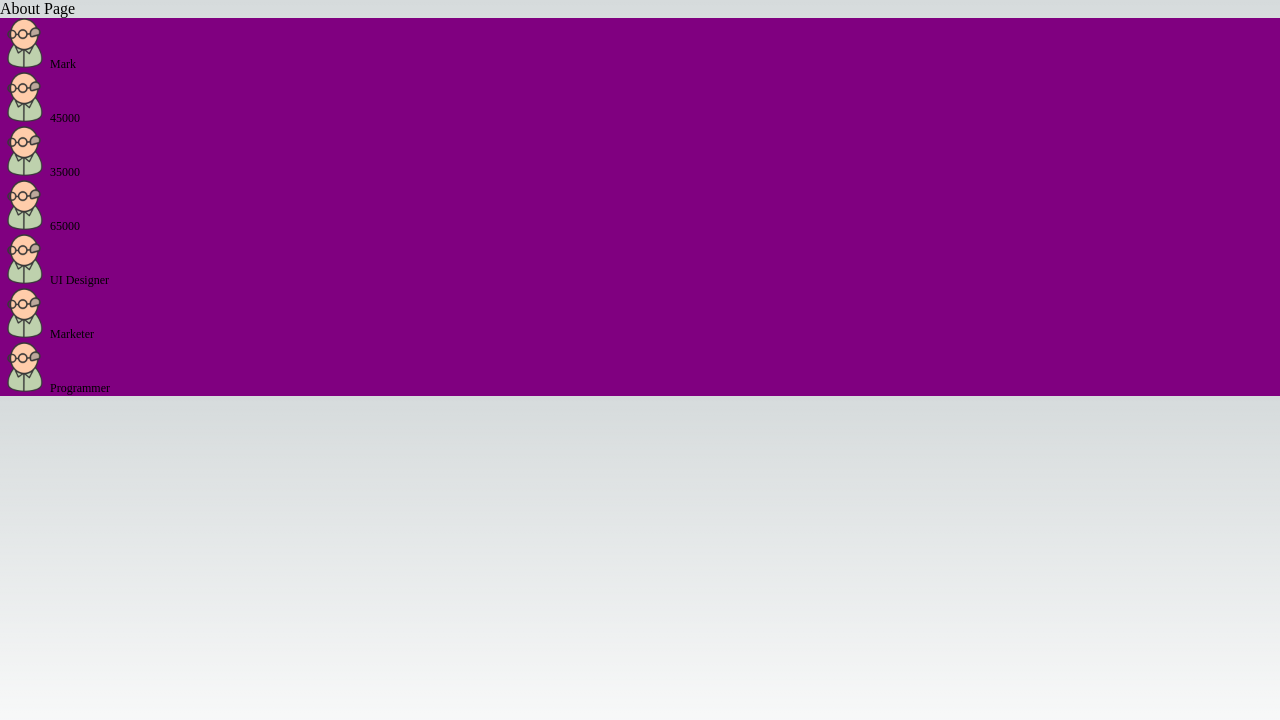
Repository: TeoEstrada9/Week-3-example
Page: /about
An editor plug-in stored every save of this project. The page is shown before and after a run of saves, followed by the edit.
The browser window is 1280 px wide. The pictures show the whole page.
The project was rebuilt for these pictures with package versions that can differ from the ones it lists, and the page was loaded fresh each time. The framework's server and built-in components were replaced by stand-ins that run in the browser. Also part of the build but not shown: next.config.js.

Above is the page before, as saved 2023-01-19 18:08:11.

After the next 4 saves:
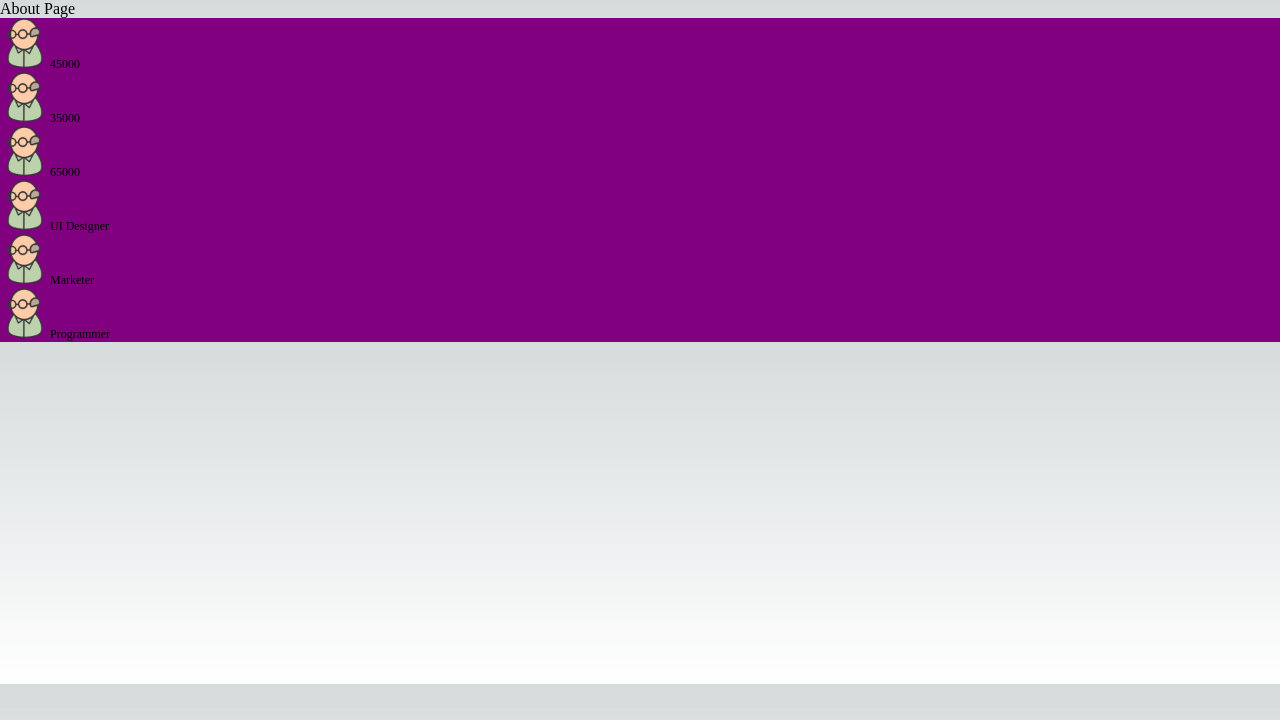
The 4 saves are shown as one change because 2 did not build or start and some came seconds apart.
The last was saved 2 min 44 s later.
--- a/pages/about.js
+++ b/pages/about.js
@@ -10,6 +10,7 @@
         <>About Page
           {information && information.map((info, index) => {
             if(info.employeeName === "Mark")
+            if(info.employeeName === "James")
             return(
               <Card key={index} name={info.employeeName} colour="purple" font="12px"/>
             )

After the save that followed:
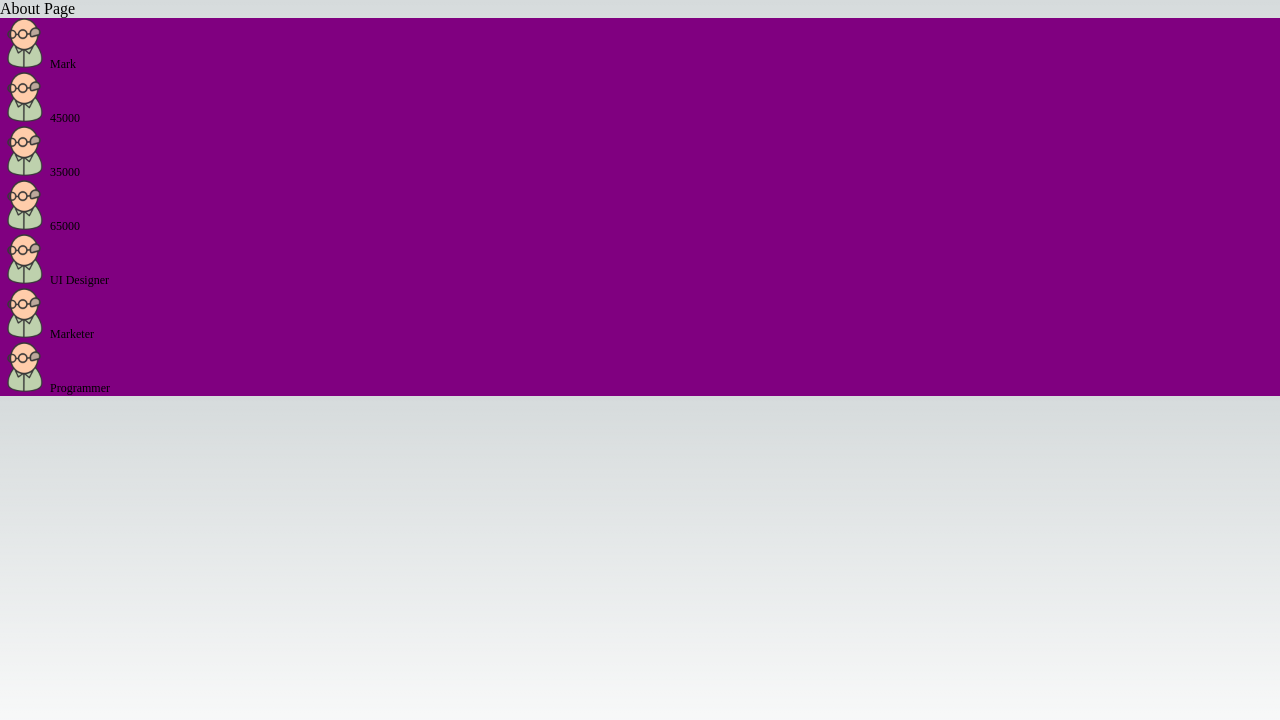
Saved 7 s later.
--- a/pages/about.js
+++ b/pages/about.js
@@ -10,7 +10,7 @@
         <>About Page
           {information && information.map((info, index) => {
             if(info.employeeName === "Mark")
-            if(info.employeeName === "James")
+
             return(
               <Card key={index} name={info.employeeName} colour="purple" font="12px"/>
             )
